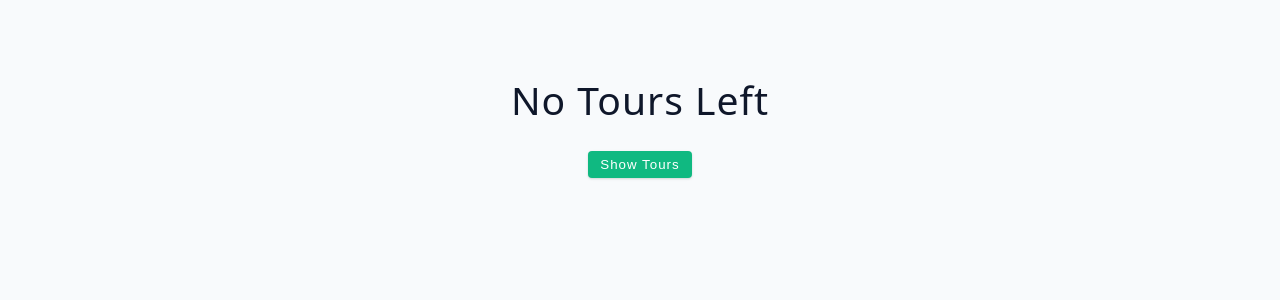
Repository: dydals3440/React-Projects
Page: / (app in 04-fundamental-projects/02-tours/starter/)
An editor plug-in stored every save of this project. The page is shown before and after the next save, followed by the edit.
The browser window is 1280 px wide. The pictures show the whole page.
The page's requests for data from a server got no answer. The project was rebuilt for these pictures with package versions that can differ from the ones it lists, and the page was loaded fresh each time. No one was signed in, and anything a server would have sent is missing. Also part of the build but not shown: 04-fundamental-projects/02-tours/starter/vite.config.js, 04-fundamental-projects/02-tours/starter/src/Tour.jsx, 04-fundamental-projects/02-tours/starter/src/Tours.jsx.

Above is the page before, as saved 2023-09-03 03:02:01.

After the next save:
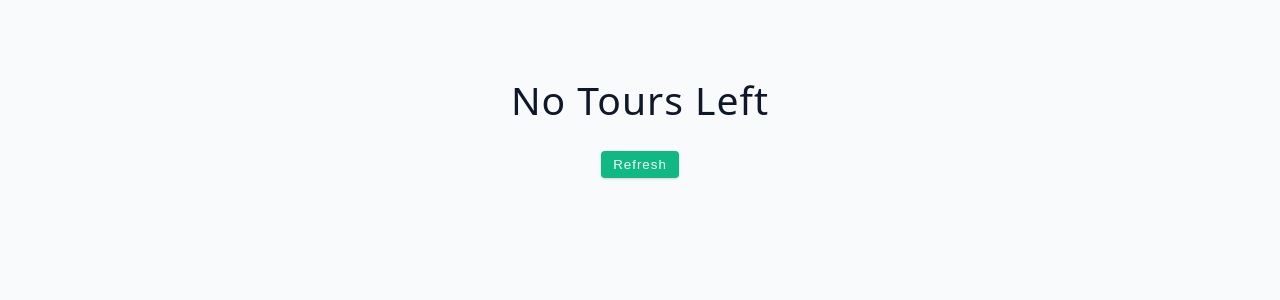
Saved 8 s later.
--- a/04-fundamental-projects/02-tours/starter/src/App.jsx
+++ b/04-fundamental-projects/02-tours/starter/src/App.jsx
@@ -49,7 +49,7 @@ const App = () => {
             className='btn'
             onClick={fetchTours}
           >
-            Show Tours
+            refresh
           </button>
         </div>
       </main>
